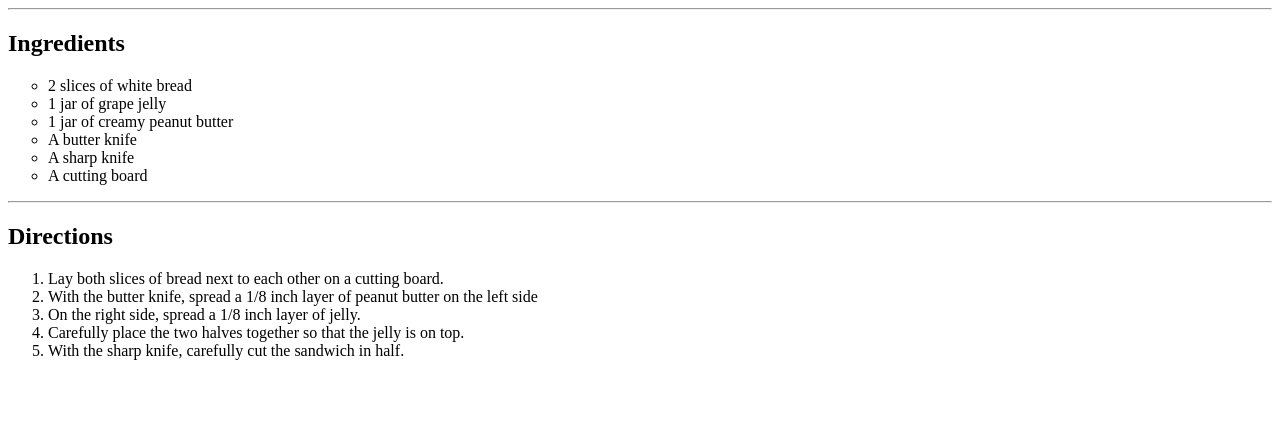
Repository: 9-5-pursuit/lab-intro-to-html
Page: recipe.html
An editor plug-in stored every save of this project. The page is shown before and after a run of saves, followed by the edit.
The browser window is 1280 px wide. The pictures show the whole page.

Above is the page before, as saved 2023-02-28 08:21:55.

### recipe.html
<!DOCTYPE html>
<html lang="en">
  <head>
    <meta charset="UTF-8" />
    <meta http-equiv="X-UA-Compatible" content="IE=edge" />
    <meta name="viewport" content="width=device-width, initial-scale=1.0" />
    <title>The Perfect Sandwich</title>
  </head>
  <body>
    <div id= "header" class="header">
      <!-- https://www.seriouseats.com/pbj-a-serious-eats-special-rep -->
      <hr />
    </div>
    <main>
      <div>
        <h2>Ingredients</h2>
        <ul type="circle" >
          <li>2 slices of white bread</li>
          <li>1 jar of grape jelly</li>
          <li>1 jar of creamy peanut butter</li>
          <li>A butter knife</li>
          <li>A sharp knife</li>
          <li>A cutting board</li>
        </ul>
      </div>
      <hr />
      <div>
        <h2>Directions</h2>
        <ol >
          <li>
            Lay both slices of bread next to each other on a cutting board.
          </li>
          <li>
            With the butter knife, spread a 1/8 inch layer of peanut butter on
            the left side
          </li>
          <li>On the right side, spread a 1/8 inch layer of jelly.</li>
          <li>
            Carefully place the two halves together so that the jelly is on top.
          </li>
          <li>With the sharp knife, carefully cut the sandwich in half.</li>
        </ol>
      </div>
    </main>
  </body>
</html>

After the next 2 saves:
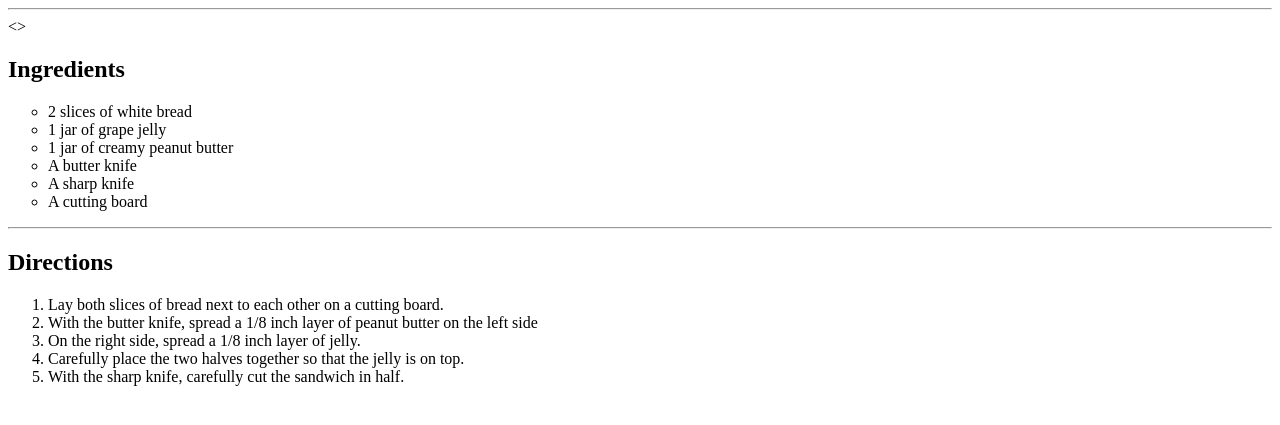
The 2 saves are shown as one change because they came seconds apart.
The last was saved 3 min 55 s later.
--- a/recipe.html
+++ b/recipe.html
@@ -11,7 +11,7 @@
       <!-- https://www.seriouseats.com/pbj-a-serious-eats-special-rep -->
       <hr />
     </div>
-    <main>
+    <main> <>
       <div>
         <h2>Ingredients</h2>
         <ul type="circle" >

After the save that followed:
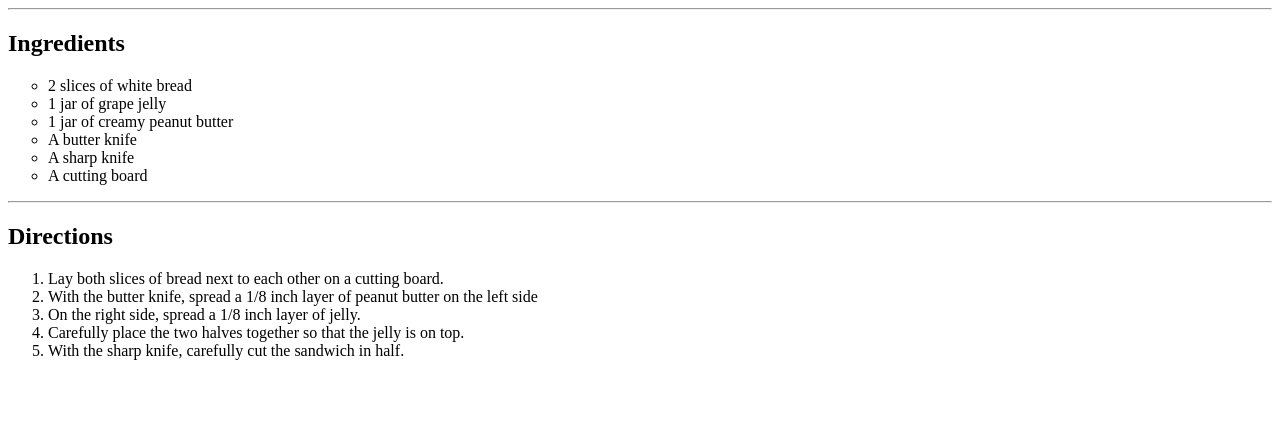
Saved 4 s later.
--- a/recipe.html
+++ b/recipe.html
@@ -11,7 +11,7 @@
       <!-- https://www.seriouseats.com/pbj-a-serious-eats-special-rep -->
       <hr />
     </div>
-    <main> <>
+    <main> <div>
       <div>
         <h2>Ingredients</h2>
         <ul type="circle" >
